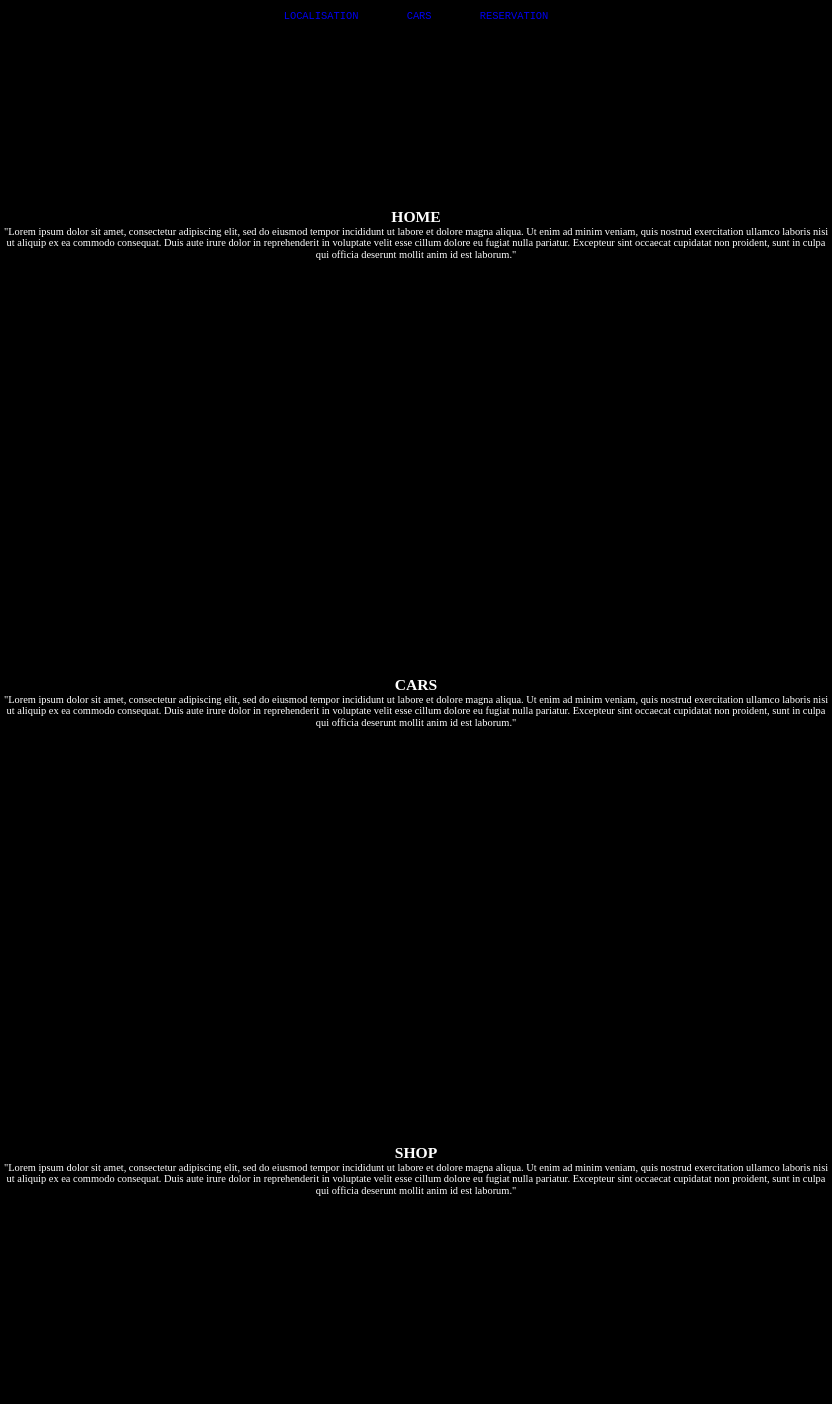
Repository: romgrm/jenaipasdevoiture
Page: src/main/java/fr/romgrm/index.html
The author's editor kept a copy of each file at every save. The page is drawn from the files as they stood at one save, then again after the next save.
The browser window is 1280 px wide. The pictures show the whole page, at 65% of full size.

Above is the page before, as saved 2020-10-15 18:51:11.

### src/main/java/fr/romgrm/index.html
<!DOCTYPE html>
<html lang="fr">
    <head>
        <title>JENAIPASDARGENT</title>
        <link rel="stylesheet" href="style.css" type="text/css"/>
    </head>
    <body>

        <div id="CONTAINER">

            <nav class="navbar">
                <ul>
                    <li><a href="#LOCALISATION">LOCALISATION</a></li>
                    <li><a href="#SELECTCAR">CARS</a></li>
                    <li><a href="#RECAPITULATE">RESERVATION</a></li>
                </ul>
            </nav>


            <Section id="LOCALISATION">
                 <h2>HOME</h2>
                 <p>"Lorem ipsum dolor sit amet, consectetur adipiscing elit, sed do eiusmod tempor incididunt ut labore et dolore magna aliqua. Ut enim ad minim veniam, quis nostrud exercitation ullamco laboris nisi ut aliquip ex ea commodo consequat. Duis aute irure dolor in reprehenderit in voluptate velit esse cillum dolore eu fugiat nulla pariatur. Excepteur sint occaecat cupidatat non proident, sunt in culpa qui officia deserunt mollit anim id est laborum."</p>
            </Section>




            <Section id="SELECTCAR">
                <h2>CARS</h2>
                <p>"Lorem ipsum dolor sit amet, consectetur adipiscing elit, sed do eiusmod tempor incididunt ut labore et dolore magna aliqua. Ut enim ad minim veniam, quis nostrud exercitation ullamco laboris nisi ut aliquip ex ea commodo consequat. Duis aute irure dolor in reprehenderit in voluptate velit esse cillum dolore eu fugiat nulla pariatur. Excepteur sint occaecat cupidatat non proident, sunt in culpa qui officia deserunt mollit anim id est laborum."</p>
            </Section>




            <Section id="RECAPITULATE">
                <h2>SHOP</h2>
                <p>"Lorem ipsum dolor sit amet, consectetur adipiscing elit, sed do eiusmod tempor incididunt ut labore et dolore magna aliqua. Ut enim ad minim veniam, quis nostrud exercitation ullamco laboris nisi ut aliquip ex ea commodo consequat. Duis aute irure dolor in reprehenderit in voluptate velit esse cillum dolore eu fugiat nulla pariatur. Excepteur sint occaecat cupidatat non proident, sunt in culpa qui officia deserunt mollit anim id est laborum."</p>
            </Section>



        </div>

### src/main/java/fr/romgrm/style.css
*{
    margin: 0;
    padding: 0;
}


body{
  color: white;
}

.navbar{
    background-color: rgba(0, 0, 0, 0.5);
    position: fixed;
    top: 0;
    z-index: 1;
    display: flex;
    width: 100%;
    height: 50px;
    font-family: 'Courier New', Courier, monospace;

}

.navbar ul{
    display: flex;
    list-style-type: none;
    width: 100%;
    justify-content: center;
    align-items: center;
    gap: 10px;
}

.navbar ul li{
    margin: 0 1rem;
    padding: 1rem;

}

.navbar ul li a{
    text-decoration: none;
    transition: 2s ease-in .5s;

}

.navbar ul li a:hover{
    zoom: 1.1;
}

#CONTAINER{
    height: 100%;
    width: 100%;

    scroll-behavior: smooth;
}


Section{
    display: flex;
    flex-direction: column;
    width: 100%;
    height: 100vh; /* vh = Viewport Height : permet de dimensioner par rapport à la taille de l'écran*/
    text-align: center;
    justify-content: center;
    align-items: center;

}


/*////////////////////////////////////////////////////////////////////////////////////////////////////////////*/



#LOCALISATION{
    background-color: black;
    margin: 0;
    padding: 0;
}

#LOCALISATION h2{

}

#LOCALISATION p{

}


/*////////////////////////////////////////////////////////////////////////////////////////////////////////////*/



#SELECTCAR{
    background-color: black;
}

#SELECTCAR h2{

}

#SELECTCAR p{

}


/*////////////////////////////////////////////////////////////////////////////////////////////////////////////*/


#RECAPITULATE{
    background-color: black;
}

#RECAPITULATE h2{

}

#RECAPITULATE p{

}

After the next save:
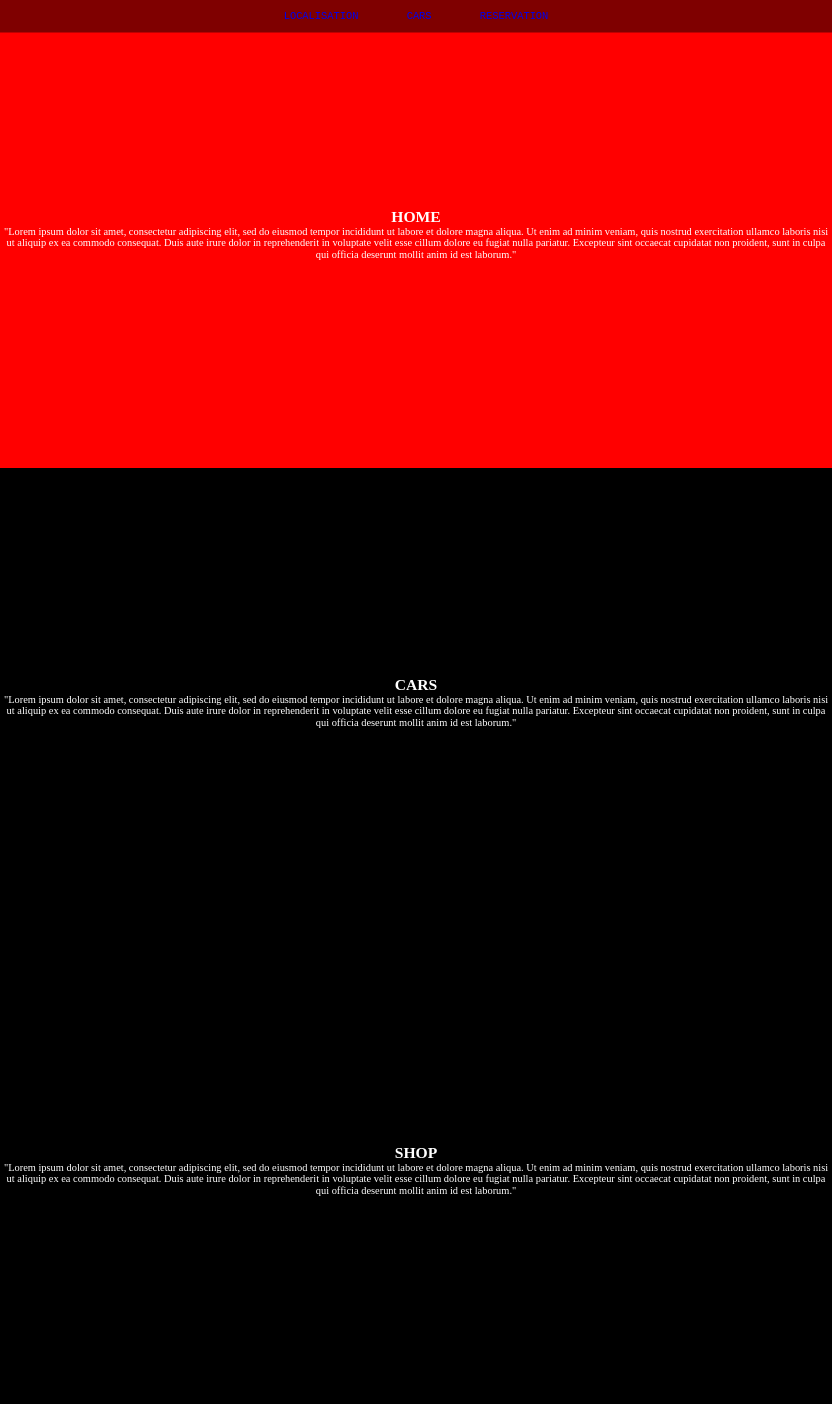
Saved 17 s later.
--- a/src/main/java/fr/romgrm/style.css
+++ b/src/main/java/fr/romgrm/style.css
@@ -70,7 +70,7 @@
 
 
 #LOCALISATION{
-    background-color: black;
+    background-color: red;
     margin: 0;
     padding: 0;
 }

After the 3 saves that followed:
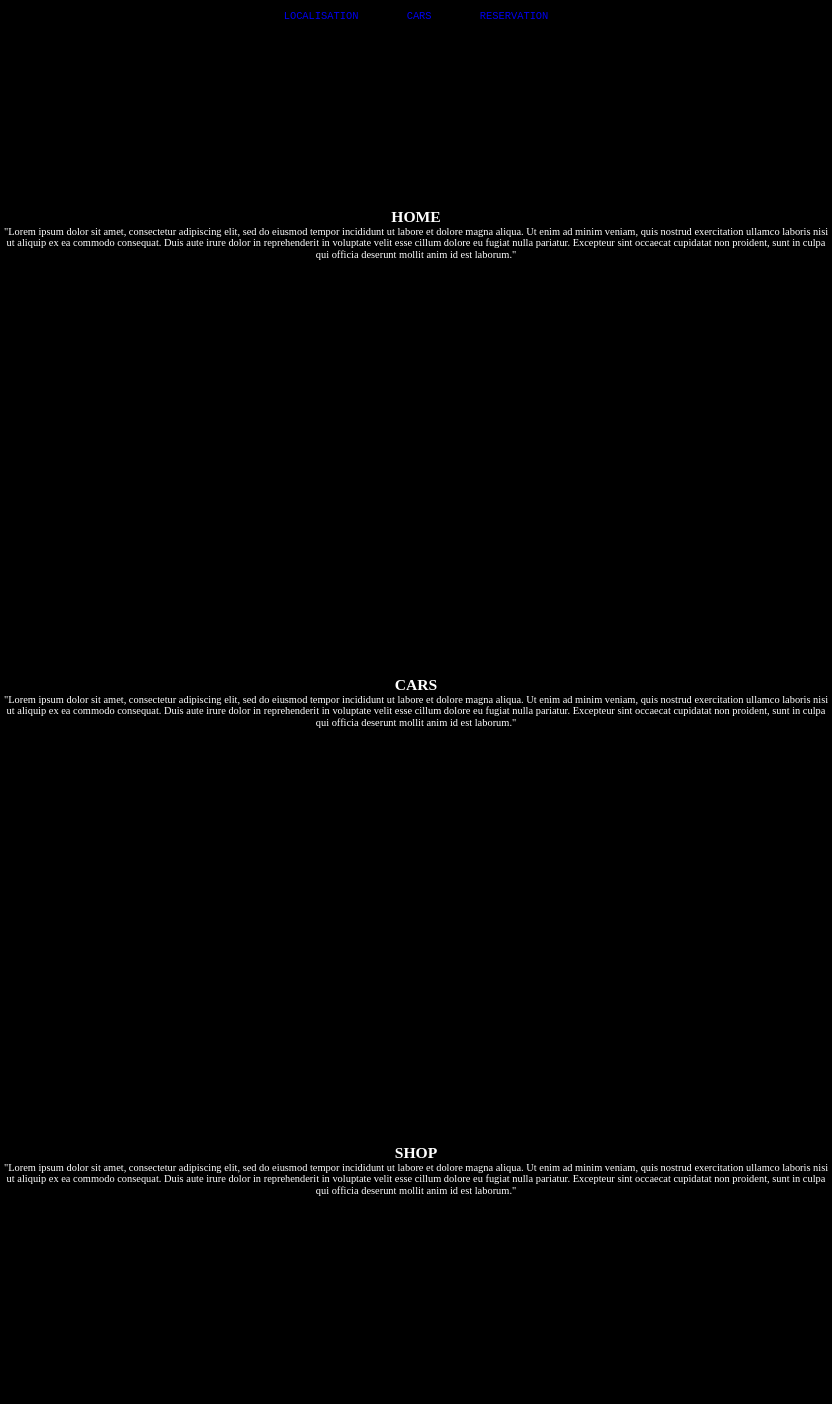
The 3 saves are shown as one change because 2 left the picture as it was.
The last was saved 67 s later.
--- a/src/main/java/fr/romgrm/style.css
+++ b/src/main/java/fr/romgrm/style.css
@@ -70,7 +70,7 @@
 
 
 #LOCALISATION{
-    background-color: red;
+    background-color: black;
     margin: 0;
     padding: 0;
 }
